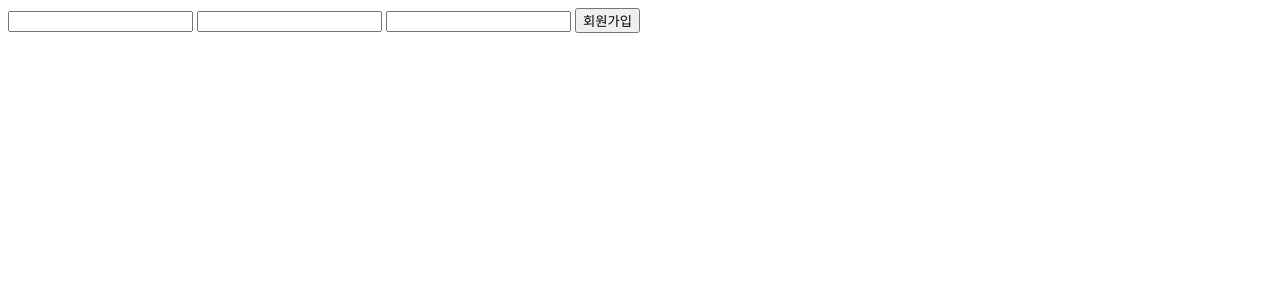
Repository: Shinipsae/2020JavaWeb-study
Page: http://localhost/servletex/view/signup.jsp
These files come from the project's save history. The page is drawn as it stood at one moment and after the next save; the edit follows.
The browser window is 1280 px wide. The pictures show the whole page.
The page is served by Tomcat 9.

Above is the page before, as saved 2020-09-26 04:50:14.

After the next save:
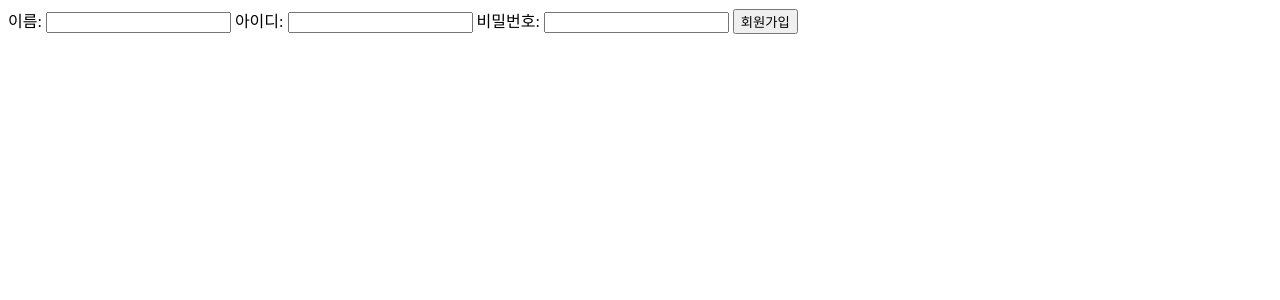
Saved 48 s later.
--- a/servletex/WebContent/view/signup.jsp
+++ b/servletex/WebContent/view/signup.jsp
@@ -8,9 +8,9 @@
 </head>
 <body>
 <form action="post" action = "<%=request.getContextPath()%>/signup">
-	<input type="text" name="name">
-	<input type="text" name="id">
-	<input type="text" name="pw">
+	이름: <input type="text" name="name">
+	아이디: <input type="text" name="id">
+	비밀번호: <input type="text" name="pw">
 	<input type="submit" value="회원가입">
 </form>
 </body>
